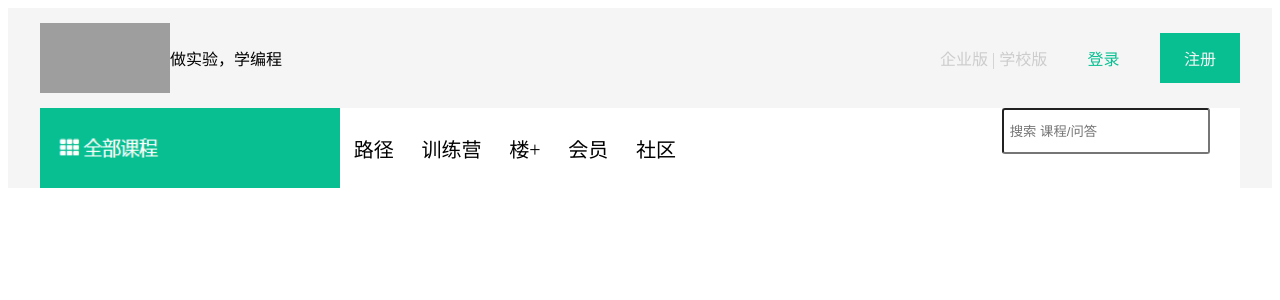
Repository: wuguozheng/xxbb
Page: /
The author's editor kept a copy of each file at every save. The page is drawn from the files as they stood at one save, then again after the next save.
The browser window is 1280 px wide. The pictures show the whole page.
Pictures or frames that could not be fetched are drawn as grey boxes. The project was rebuilt for these pictures with package versions that can differ from the ones it lists, and the page was loaded fresh each time.

Above is the page before, as saved 2020-06-01 14:15:54.

After the next save:
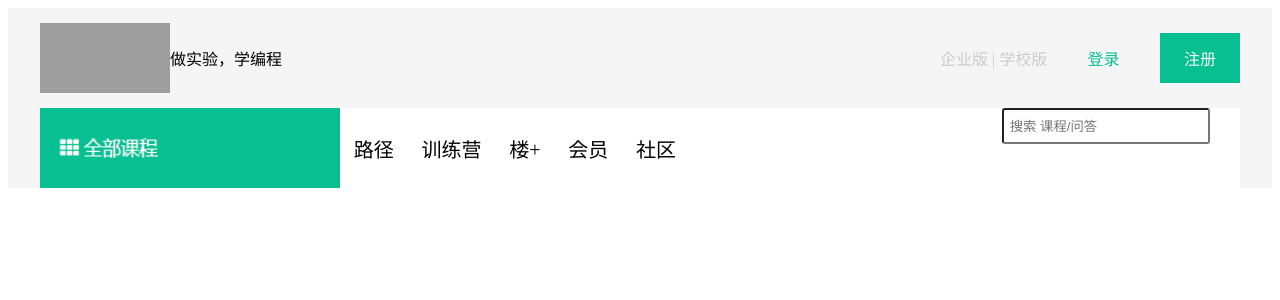
Saved 14 s later.
--- a/src/components/home/Mxs1.vue
+++ b/src/components/home/Mxs1.vue
@@ -134,7 +134,7 @@ export default {
 }
 .run-3 {
   width: 200px;
-  height: 40px;
+  height: 30px;
   border-radius: 3px;
 }
 </style>
